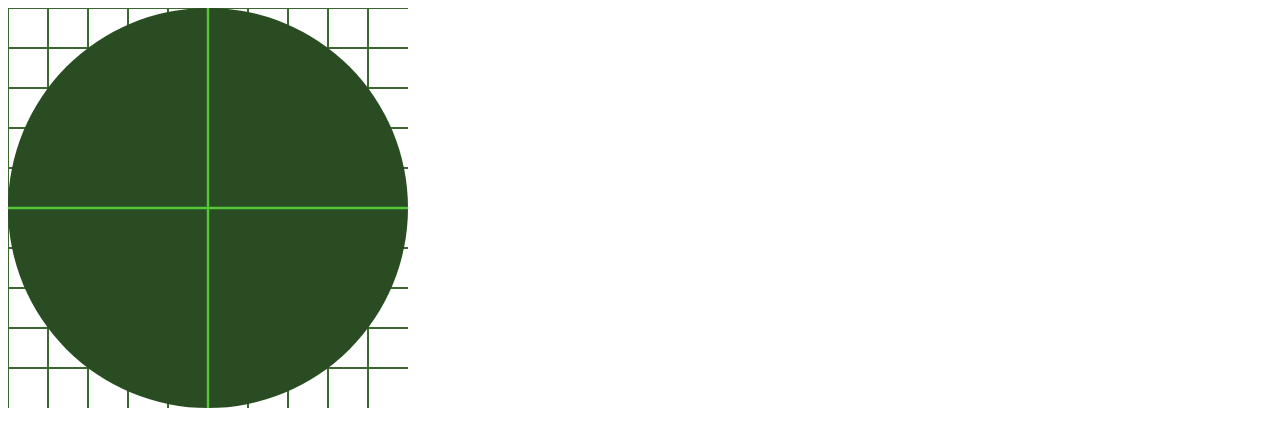
Repository: pedro-mancano/ProjetoCDM204
Page: scripts/radar.html
These files come from the project's save history. The page is drawn as it stood at one moment and after the next save; the edit follows.
The browser window is 1280 px wide. The pictures show the whole page.

Above is the page before, as saved 2024-11-27 08:21:16.

After the next save:
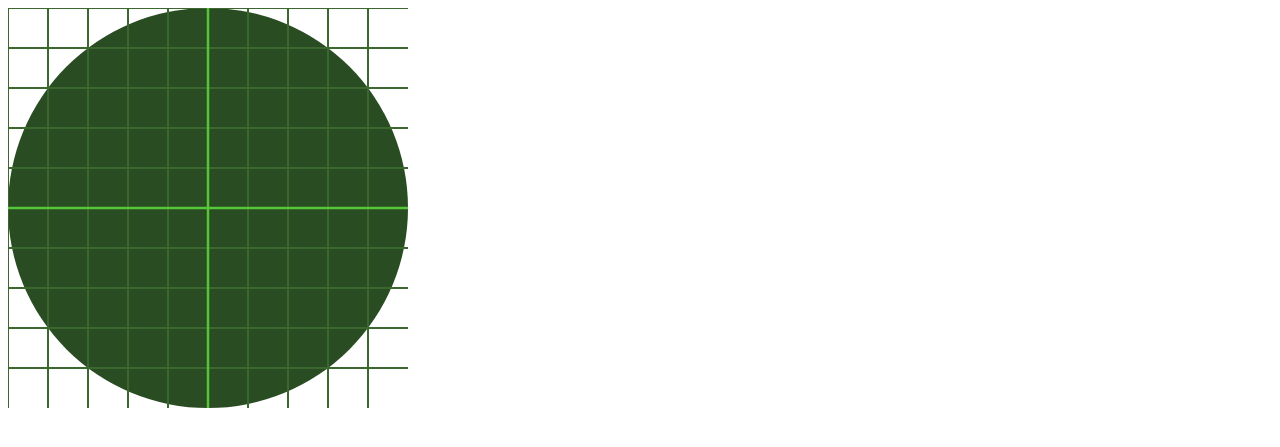
Saved 21 s later.
--- a/scripts/radar.js
+++ b/scripts/radar.js
@@ -7,6 +7,13 @@ function draw(elapsed) {
 
   const height = canvas.height;
   const width = canvas.width;
+
+
+  // Draw the radar circle
+  ctx.fillStyle = '#294c22';
+  ctx.beginPath();
+  ctx.arc(canvas.width / 2, canvas.height / 2, 200, 0, 2 * Math.PI);
+  ctx.fill();
 
   //
   ctx.strokeStyle = '#3a682e';
@@ -23,12 +30,6 @@ function draw(elapsed) {
       ctx.stroke();
     }
   }
-
-  // Draw the radar circle
-  ctx.fillStyle = '#294c22';
-  ctx.beginPath();
-  ctx.arc(canvas.width / 2, canvas.height / 2, 200, 0, 2 * Math.PI);
-  ctx.fill();
 
   // Draw grid lines (4 lines, 90 degrees apart)
   ctx.strokeStyle = '#54c638';
